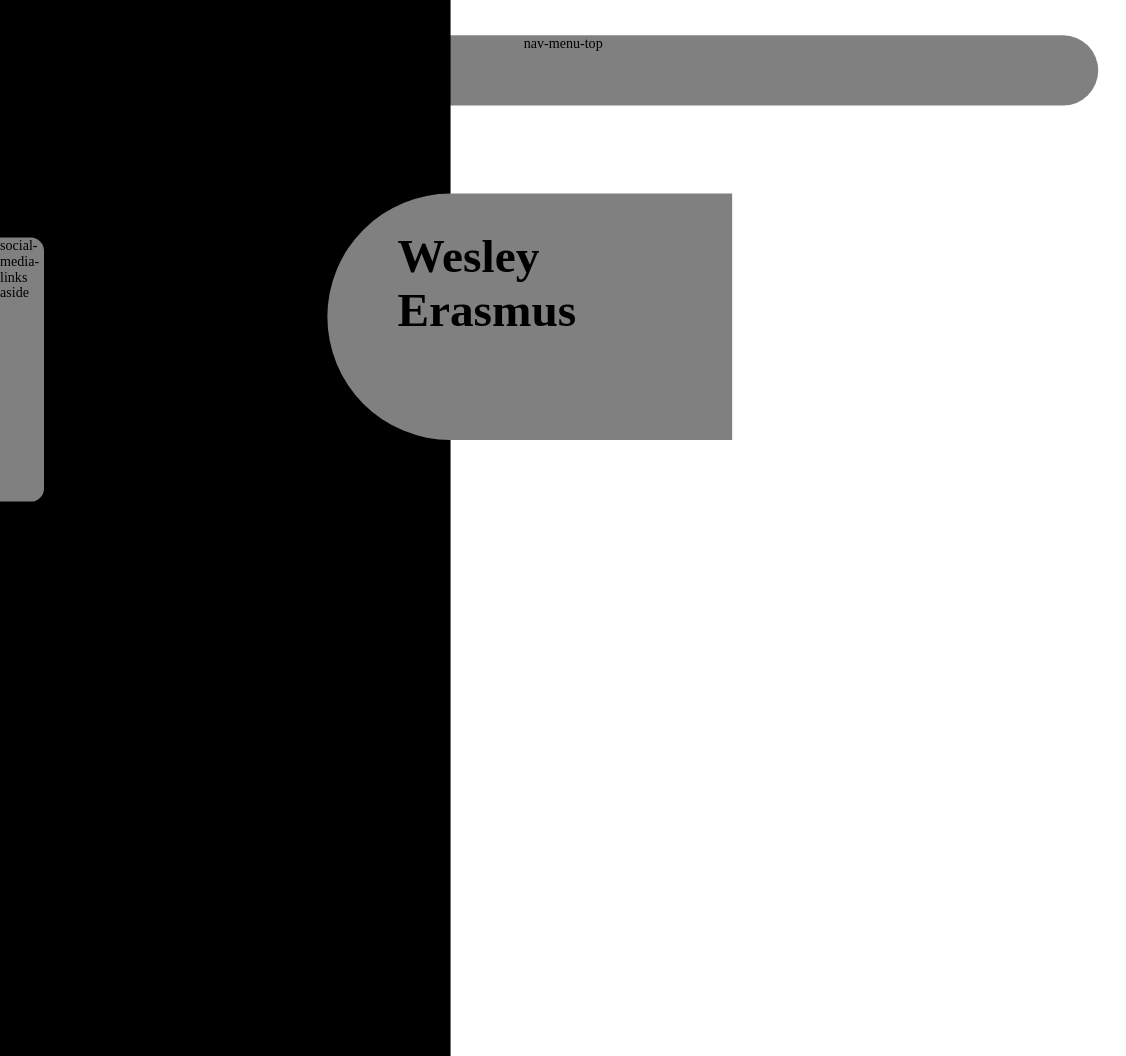
Repository: WesleyErasmus/MyDigitalResume-4
Page: index.html
An editor plug-in stored every save of this project. The page is shown before and after a run of saves, followed by the edit.
The browser window is 1280 px wide. The pictures show the whole page, at 88% of full size.

Above is the page before, as saved 2022-02-15 20:21:36.

### index.html
<!DOCTYPE html>
<html lang="en">
<head>
    <meta charset="UTF-8">
    <meta http-equiv="X-UA-Compatible" content="IE=edge">
    <meta name="viewport" content="width=device-width, initial-scale=1.0">
    <title>Wesley Erasmus Digital Resume 4 Project</title>
    <link rel="stylesheet" href="stylesheet.css">
</head>
<body>
    <!-- Landing page -->
    <header class="nav-menu-top">
        <!-- Name / Logo (jumbotron) / download CV / etc -->
        <p>nav-menu-top</p>
    </header>

    <aside class="self-portrait">
        <!-- creative image of myself -->
        <p>aside with large portrait image of myself</p>
    </aside>
    <nav class="social-media-links">
        <!-- side social media icons (float left / column direction) -->
        <p>social-media-links aside</p>
    </nav>
    <article>

        <h1 id="name">
            <span>
                Wesley
                <br>
                Erasmus
            </span>
        </h1>

        <!-- <span id="name">
            <h1>Wesley</h1>
            <h1>Erasmus</h1>
        </span> -->


        <!-- main bio; FED student / link to 2nd html page with CV content -->
        <div class="about-me">
            <p>about me</p>
        </div>
        <button class="next-page">
            next-page button
        </button>
    </article>


</body>
</html>

### stylesheet.css
* {
    margin: 0;
    padding: 0;
}
@media screen
  and (min-device-width: 1200px)
  and (max-device-width: 1600px)
  and (-webkit-min-device-pixel-ratio: 1) {
}

body {
/* position: relative; */
}
header.nav-menu-top {
    position: relative;
    text-align: center;
    margin: 0 auto;
    width: 95%;
    height: 80px;
    border-radius: 50px;
    margin-top: 40px;
    background-color: grey;
}
aside.self-portrait {
    background-color: black;
    position: absolute;
    /* position: fixed; */
    top: 0;
    left: 0;
    height: 1200px;
    width: 40%;
}
nav.social-media-links {
    position: relative;
    height: 300px;
    width: 50px;
    float: left;
    top: 150px;
    left: 0px;
    background-color: grey;
    border-radius: 0 15px 15px 0;
}
h1#name {
background-color: grey;
margin: 0 auto;
width: 300px;
height: 200px;
margin: 0;
position: absolute;
top: 50%;
left: 47%;
-ms-transform: translate(-50%, -50%);
transform: translate(-50%, -50%);
padding: 40px 80px 40px 80px;
font-size: 4.2vw;
border-radius:150px 0 0 150px;
}

After the next 4 saves:
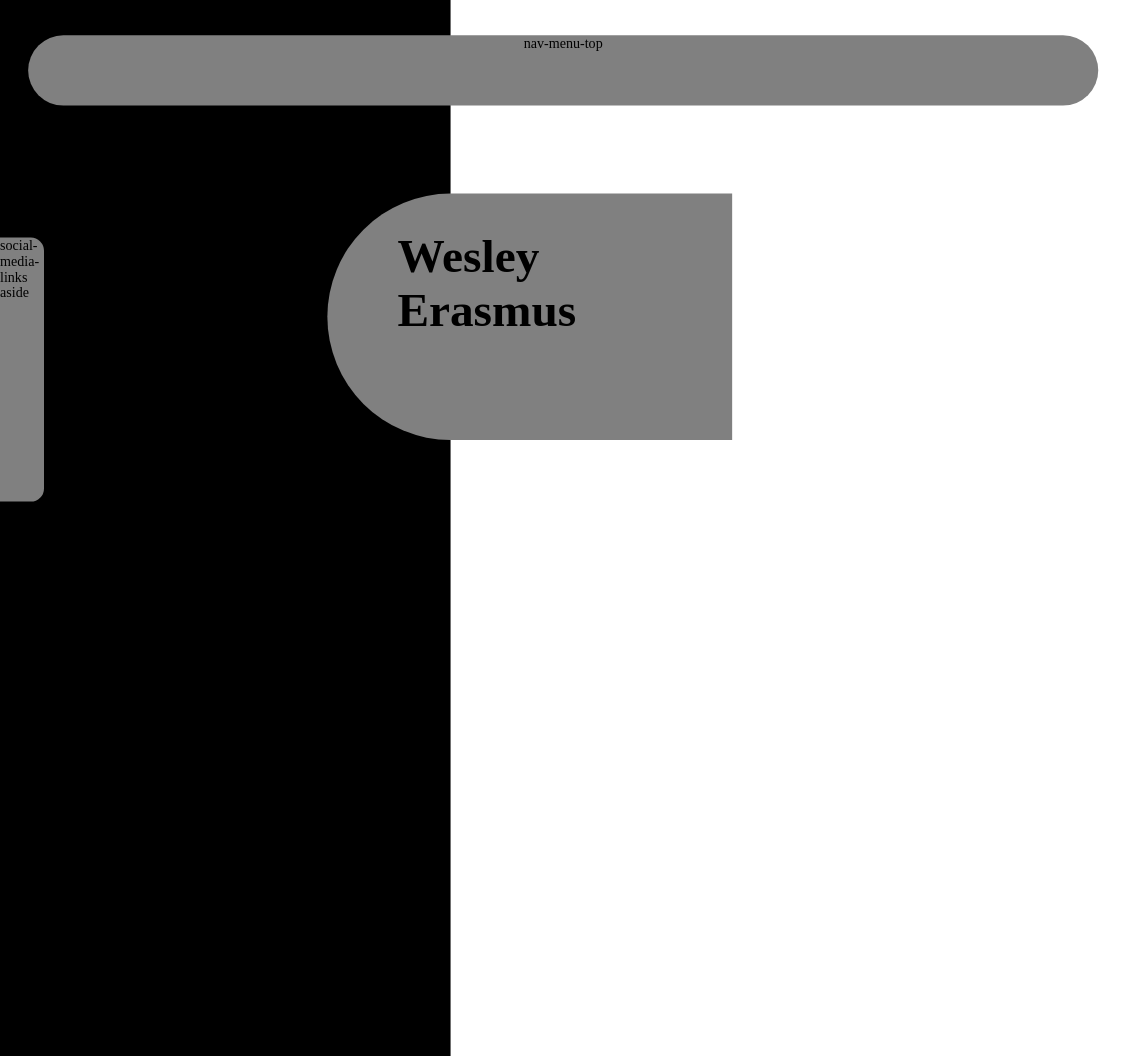
The 4 saves are shown as one change because they came seconds apart.
The last was saved 17 s later.
--- a/stylesheet.css
+++ b/stylesheet.css
@@ -13,6 +13,7 @@ body {
 }
 header.nav-menu-top {
     position: relative;
+    z-index: 1;
     text-align: center;
     margin: 0 auto;
     width: 95%;
